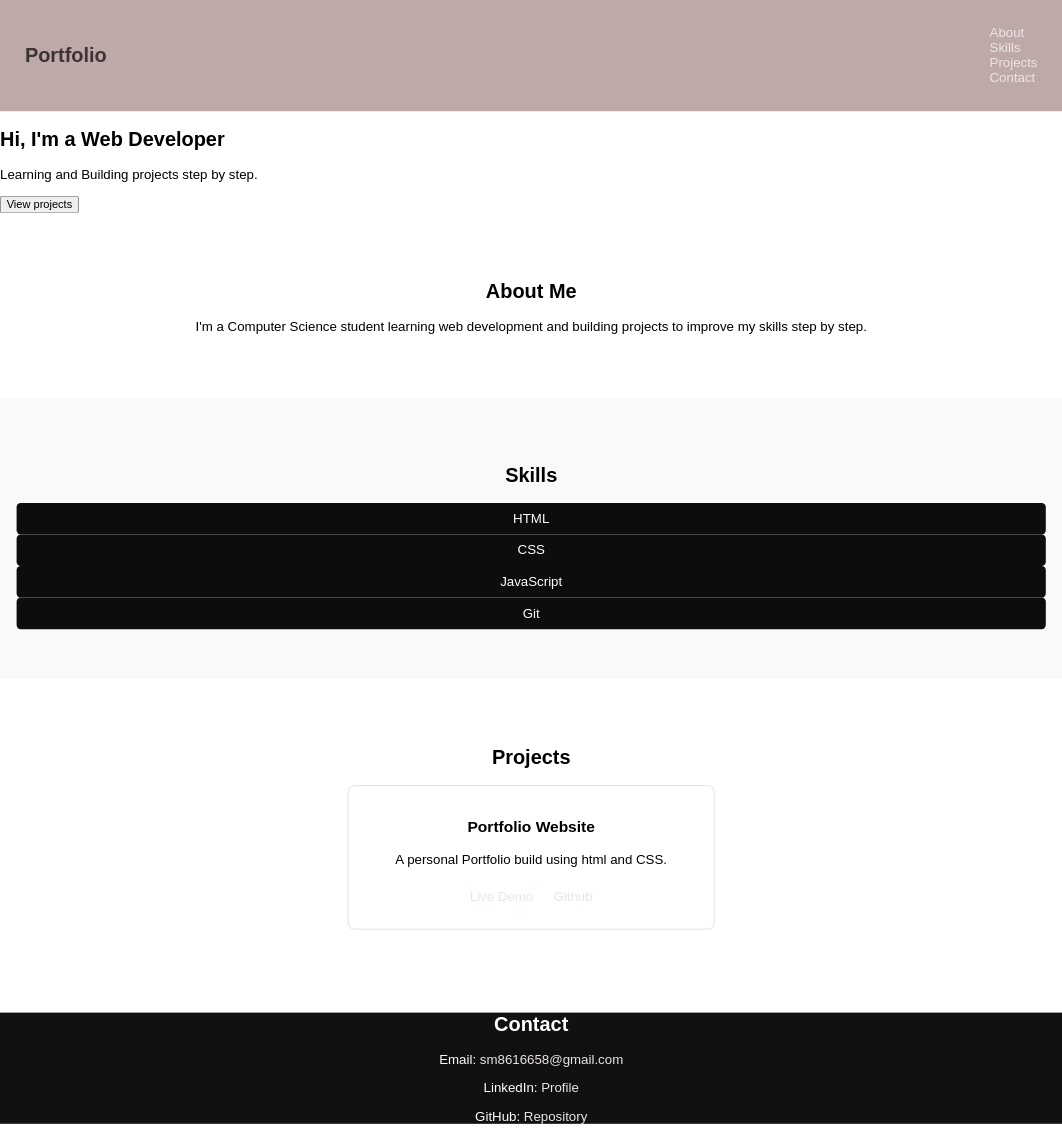
Repository: syeda-naqvi-hub/Portfolio-website
Page: python/portfolio/index.html
These files come from the project's save history. The page is drawn as it stood at one moment and after the next save; the edit follows.
The browser window is 1280 px wide. The pictures show the whole page, at 83% of full size.

Above is the page before, as saved 2026-02-07 12:08:55.

### python/portfolio/index.html
<!DOCTYPE html>
<html lang="en">
<head>
    <meta charset="UTF-8">
    <meta name="viewport" content="width=device-width, initial-scale=1.0">
    <title>Portfolio</title>
    <link rel="stylesheet" href="style.css">
</head>
<body>
    <script src="script.js"></script>
    <header>
        <nav>
            <h2 class="logo">Portfolio</h2>
            <ul>
                <li><a href="#about">About</a></li>
                <li><a href="#skills">Skills</a></li>
                <li><a href="#projects">Projects</a></li>
                <li><a href="#contact">Contact</a></li>
            </ul>
        </nav>
    </header>
    <section class=""hero">
        <h1>Hi, I'm a Web Developer </h1>
        <p>Learning and Building projects step by step.</p>
        <button>View projects</button>
    </section>
    <section id="about" class="about">
        <h2>About Me</h2>
        <p>
            I'm a Computer Science student learning web development and building projects to improve my skills step by step.
        </p>
    </section>
    <section id="skills" class="skills">
        <h2>Skills</h2>
        <div class="skills-list">
            <div>HTML</div>
            <div>CSS</div>
            <div>JavaScript</div>
            <div>Git</div>
        </div>
    </section>
    <section id="projects" class="projects">
        <h2>Projects</h2>
        <div class="project-card">
            <h3>Portfolio Website</h3>
            <p>A personal Portfolio build using html and CSS.</p>
            <a href="#">Live Demo</a>
            <a href="#">Github</a>
        </div>
    </section>
    <section id="contact" class="contact">
        <h2>Contact</h2>
        <p>Email: <a href="mailto:sm8616658@gmail.com">sm8616658@gmail.com</a></p>
        <p>LinkedIn: <a href="https://linkedin.com/in/Syeda Naqvi">Profile</a></p>
        <p>GitHub: <a href="https://github.com/syeda-naqvi-hub">Repository</a></p>
    </section>
</body>
</html>

### python/portfolio/style.css
body {
    font-family: arial,sans-serif;
    margin: 0;
}
header {
    background: #bea9a9;
    color: rgb(58, 52, 52);
    padding: 15px 30px;
}
nav {
    display: flex;
    justify-content: space-between;
    align-items: center;
}
ul {
    display: row;
    list-style: none;
    gap: 10px;
}
a {
    color: rgb(236, 229, 229);
    text-decoration:none
}
.hero {
    height: 80vh;
    display: flex;
    flex-direction: column;
    justify-content: center;
    background: #cec6c6;
    text-align: center;
}
.about {
    padding: 60px 20px;
    text-align: center;
}
.skills {
    background: #f9f9f9;
    padding: 60px 20px;
    text-align: center;
}
.skills-set {
    display: flex;
    justify-content: center;
    gap: 20px;
    margin-top: 20px;
}
.skills-list div {
    background: #0e0d0d;
    color: white;
    padding: 10px 20px;
    border-radius: 5px;
}
.projects {
    padding: 60px 20px;
    text-align: center;
}
.project-card {
    border: 1px solid #ddd;
    padding: 20px;
    margin: 20px auto;
    max-width: 400px;
    border-radius: 8px;
}
.project-card a {
    margin: 10px;
    display: inline-block;
}
.contact {
    background: #111;
    color: white;
    padding: 40x;
    text-align: center;
}
@media (max-width: 768px)
{
    nav {
        flex-direction: center;
    }
    ul {
        flex-direction: row;
        gap: 10px;
    }
    .skills-list {
        flex-direction: column;
        align-items: center;
    }
    .hero {
        height: auto;
        padding: 40px 20px;
    }
}

### python/portfolio/script.js
console.log("Portfolio loaded")

After the next save:
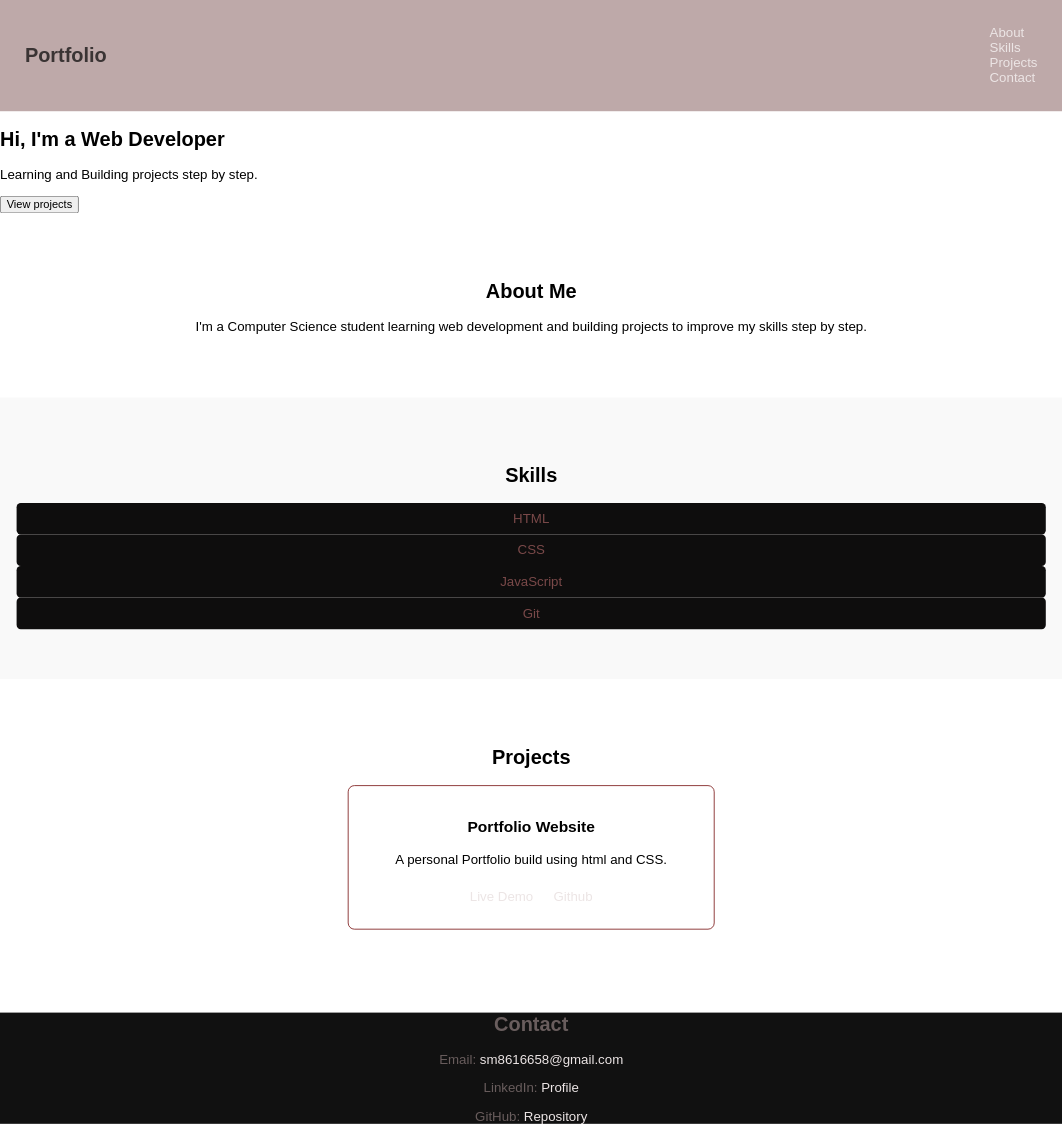
Saved 2 min 3 s later.
--- a/python/portfolio/style.css
+++ b/python/portfolio/style.css
@@ -46,7 +46,7 @@ a {
 }
 .skills-list div {
     background: #0e0d0d;
-    color: white;
+    color: rgb(122, 73, 73);
     padding: 10px 20px;
     border-radius: 5px;
 }
@@ -55,7 +55,7 @@ a {
     text-align: center;
 }
 .project-card {
-    border: 1px solid #ddd;
+    border: 1px solid #7c1919;
     padding: 20px;
     margin: 20px auto;
     max-width: 400px;
@@ -67,7 +67,7 @@ a {
 }
 .contact {
     background: #111;
-    color: white;
+    color: rgb(105, 93, 93);
     padding: 40x;
     text-align: center;
 }
